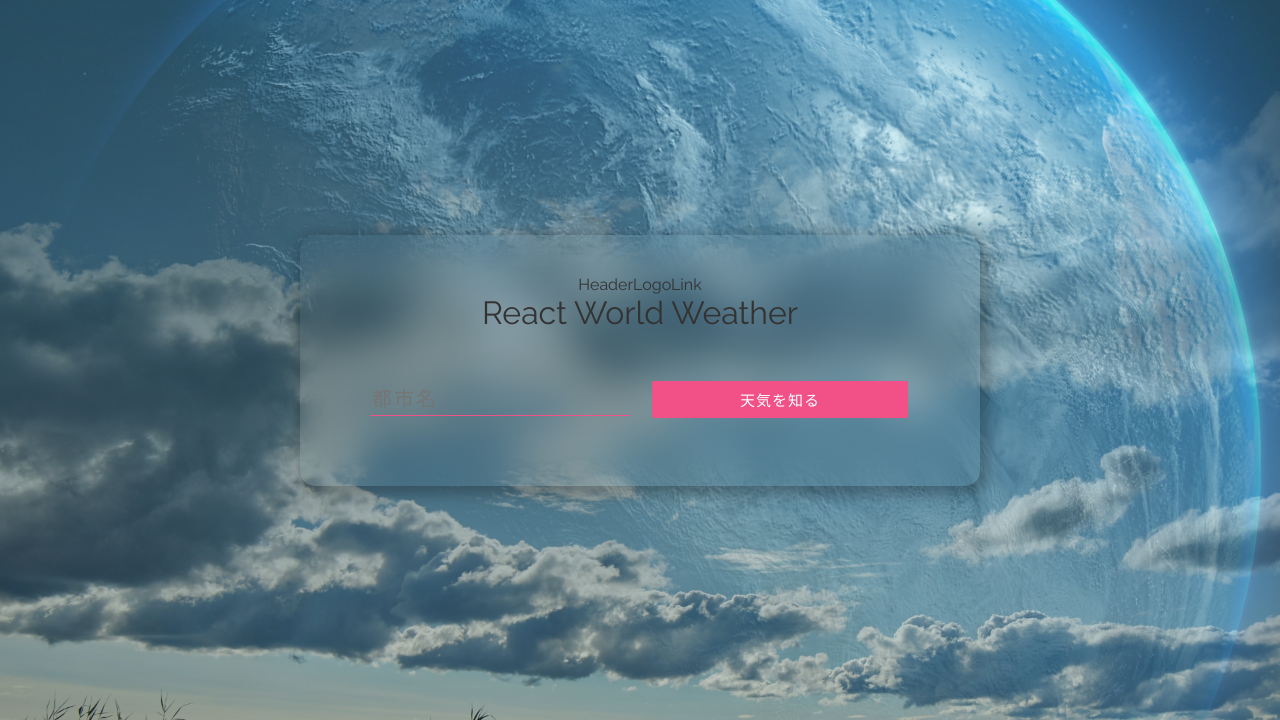
Repository: Junichi-Machii/react-tyepscript-app-weather-001
Page: /
These files come from the project's save history. The page is drawn as it stood at one moment and after the next save; the edit follows.
The browser window is 1280 px wide. The pictures show the whole page.
The project was rebuilt for these pictures with package versions that can differ from the ones it lists, and the page was loaded fresh each time.

Above is the page before, as saved 2023-05-29 17:11:07.

### public/index.html
<!DOCTYPE html>
<html lang="en">
  <head>
    <meta charset="utf-8" />
    <link rel="icon" href="%PUBLIC_URL%/favicon.svg" />
    <meta name="viewport" content="width=device-width, initial-scale=1" />
    <meta name="theme-color" content="#000000" />
    <meta
      name="description"
      content="Web site created using create-react-app"
    />
    <link rel="apple-touch-icon" href="%PUBLIC_URL%/favicon.svg" />
    <!--
      manifest.json provides metadata used when your web app is installed on a
      user's mobile device or desktop. See https://developers.google.com/web/fundamentals/web-app-manifest/
    -->
    <link rel="manifest" href="%PUBLIC_URL%/manifest.json" />
    <!--
      Notice the use of %PUBLIC_URL% in the tags above.
      It will be replaced with the URL of the `public` folder during the build.
      Only files inside the `public` folder can be referenced from the HTML.

      Unlike "/favicon.ico" or "favicon.ico", "%PUBLIC_URL%/favicon.ico" will
      work correctly both with client-side routing and a non-root public URL.
      Learn how to configure a non-root public URL by running `npm run build`.
    -->
    <title>React App</title>
  </head>
  <body>
    <noscript>You need to enable JavaScript to run this app.</noscript>
    <div id="root"></div>
    <!--
      This HTML file is a template.
      If you open it directly in the browser, you will see an empty page.

      You can add webfonts, meta tags, or analytics to this file.
      The build step will place the bundled scripts into the <body> tag.

      To begin the development, run `npm start` or `yarn start`.
      To create a production bundle, use `npm run build` or `yarn build`.
    -->
  </body>
</html>

### src/App.tsx

import Title from './components/Title';
import Form from './components/Form';
import Results from './components/Results';
import HeaderLogoLink from './components/HeaderLogoLink';

import { useState } from "react";


import './App.css';
import { response } from 'express';

type ResultsStateType = {
  country: string;
  cityName: string;
  temperature: string;
  conditionText: string;
  icon: string;
}

function App() {

  const [ city, setCity ]  = useState<string>("");
  const [results, setResults] = useState<ResultsStateType>({
    country: "",
    cityName: "",
    temperature: "",
    conditionText: "",
    icon: ""
  })


  const getWeather = (e: React.FormEvent<HTMLFormElement>) => {
    e.preventDefault();
    fetch(`http://api.weatherapi.com/v1/current.json?key=c1c9c437aa154a06b2b14007231505&q=${city}&aqi=no`)
    .then(response => response.json() )
    .then(data => {console.log(data)
      setResults({
        country:data.location.country ,
        cityName: data.location.name,
        temperature:data.current.temp_c,
        conditionText:data.current.condition.text ,
        icon: data.current.condition.icon,
      });
    })
   }



  return (
    <div className="wrapper">
      <div className="container">
        <HeaderLogoLink />
        <Title />
        <Form setCity={setCity} getWeather={getWeather} />
        <Results results={results}/>
      </div>
    </div>
  );
}

export default App;

### src/components/Title.tsx
import React from 'react'

const Title = () => {
  return (
    <div>
      <h1>React World Weather</h1>
    </div>
  )
}

export default Title

### src/components/Form.tsx
import React from "react";

type FormPropsType = {
  setCity: React.Dispatch<React.SetStateAction<string>>;
  getWeather: (e: React.FormEvent<HTMLFormElement>) => void;
};

//http://api.weatherapi.com/v1/current.json?key=c1c9c437aa154a06b2b14007231505&q=London&aqi=no

const Form = (props: FormPropsType) => {
  return (
    <form onSubmit={props.getWeather} action="">
      <input
        type="text"
        name="city"
        placeholder="都市名"
        onChange={(e) => props.setCity(e.target.value)}
      />

      <button type="submit">天気を知る</button>
    </form>
  );
};

export default Form;

### src/components/Results.tsx
import React from "react";

type ResultsPropsType = {
  results: {
    country: string;
    cityName: string;
    temperature: string;
    conditionText: string;
    icon: string;
  };
};

const Results = (props: ResultsPropsType) => {
  return (
    <div>
       {props.results.country && <div> {props.results.country} </div>}
       {props.results.cityName && <div> {props.results.cityName} </div>}
       {props.results.temperature && <div> {props.results.temperature}<span>℃</span></div>}
       {props.results.conditionText &&  <div><img src={props.results.icon} alt="icon"/><span>{props.results.conditionText}</span></div>}
    </div>
    )
};

export default Results;

### src/components/HeaderLogoLink.tsx
import React from 'react'

const HeaderLogoLink = () => {
  return (

    <>
    <div>HeaderLogoLink</div>

    </>
  )
}

export default HeaderLogoLink

### src/App.css
@import url('https://fonts.googleapis.com/css2?family=Noto+Sans+JP&display=swap');
@import url('https://fonts.googleapis.com/css2?family=Raleway&display=swap');

html {
  font-size: 62.5%;
}

body {
  font-family: 'Raleway', 'Noto Sans JP', sans-serif;
  font-weight: 400;
  font-size: 1.6rem;
  font-display: swap;
  color: #333;
  margin: 0;
  padding: 0;
}

/* App.js */
.wrapper {
  width: 100vw;
  height: 100vh;
  display: flex;
  justify-content: center;
  align-items: center;
  background: url(./wether01.png) center center no-repeat;
  background-size: cover;
}

.container {
  width: 50vw;
  text-align: center;
  padding: 40px 20px;
  border-radius: 15px;
  backdrop-filter: blur(20px);
  box-shadow: 4px 4px 13px 5px rgba(0, 0, 0, 0.25);
}

@media only screen and (max-width: 700px) {
  .container {
    width: 80vw;
  }
}

/* Title.js */
h1 {
  font-weight: 400;
  margin: 0px 0 50px;
}

/* Form.js */
input[type="text"] {
  background-color: transparent;
  border: 0;
  border-bottom: solid 1px #f15186;
  width: 40%;
  padding-bottom: 4px;
  color: #fff !important;
  font-weight: lighter;
  letter-spacing: 2px;
  margin-bottom: 30px;
  margin-right: 20px;
  font-size: 20px;
}

button {
  width: 40%;
  border: 0;
  padding: 8px 20px;
  margin: 0 2px;
  border-radius: 2px;
  letter-spacing: 1px;
  font-size: 1.5rem;
  cursor: pointer;
  background-color: #f15186;
  color: #fff;
}

button:hover {
  opacity: 0.9
}

*:focus {
  outline: none;
}

/* Results.js */
.results-city {
  font-size: 4rem;
}

.results-country {
  font-size: 2rem;
}

.results-temp {
  font-size: 6rem;
  margin: 10px 0;
  color: #f15186;
}

.results-temp>span {
  font-size: 3rem;
  color: #333;
}

.results-condition {
  display: flex;
  align-items: center;
  justify-content: center;
  font-size: 2.5rem;
}

/* Loading.js */
.loading {
  border: 4px solid #f15186;
  border-top: 4px solid #ffffff;
  border-radius: 50%;
  width: 40px;
  height: 40px;
  margin: auto;
  animation: spin 2s linear infinite;
}

@keyframes spin {
  0% {
    transform: rotate(0deg);
  }

  100% {
    transform: rotate(360deg);
  }
}

Loaded but not shown: src/index.tsx (common file)

After the next save:
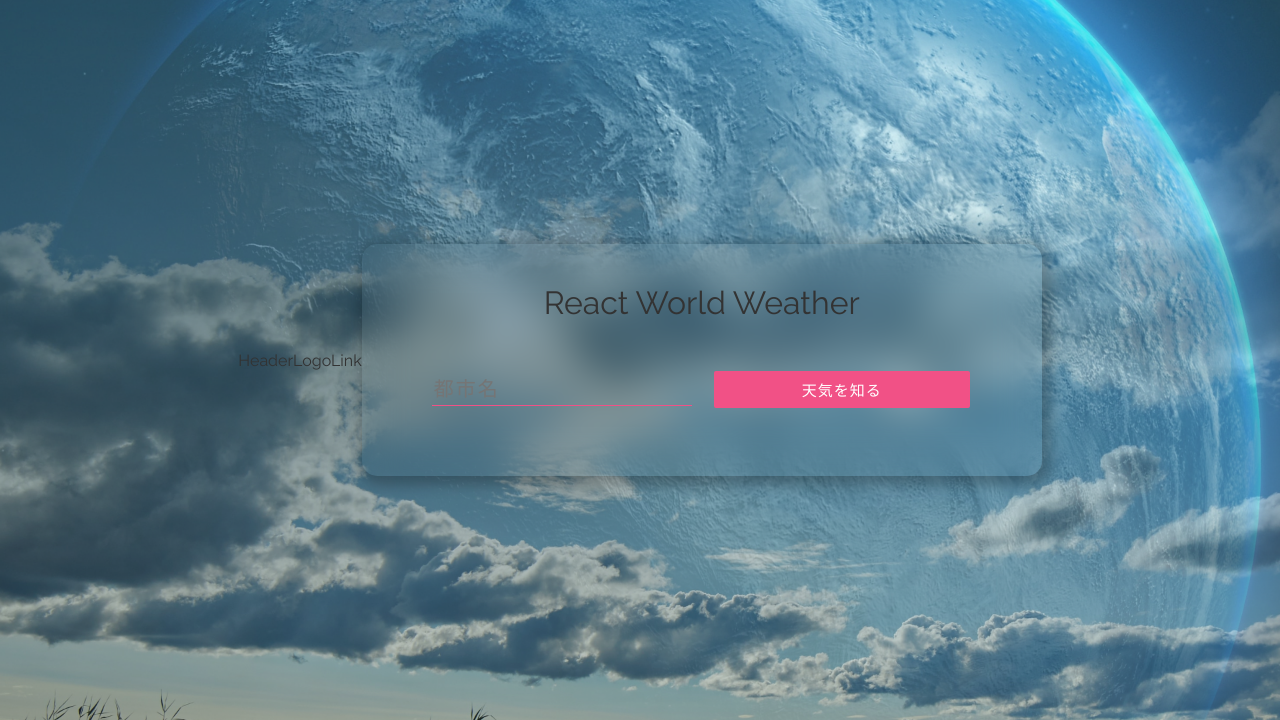
Saved 54 s later.
--- a/src/App.tsx
+++ b/src/App.tsx
@@ -49,8 +49,8 @@ function App() {
 
   return (
     <div className="wrapper">
+        <HeaderLogoLink />
       <div className="container">
-        <HeaderLogoLink />
         <Title />
         <Form setCity={setCity} getWeather={getWeather} />
         <Results results={results}/>
